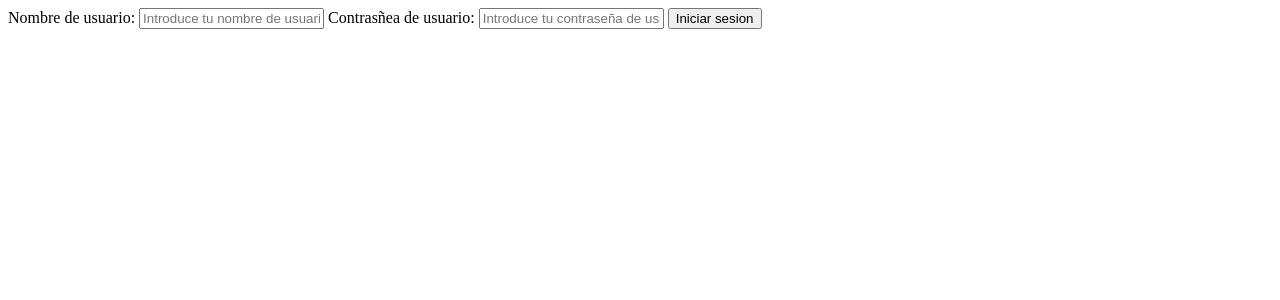
Repository: angegon/Developing-Applications-for-the-Java-EE-Platform
Page: javaee/08_ejemplo_fordward_login/WebContent/login.html
The author's editor kept a copy of each file at every save. The page is drawn from the files as they stood at one save, then again after the next save.
The browser window is 1280 px wide. The pictures show the whole page.

Above is the page before, as saved 2016-12-21 15:51:25.

### javaee/08_ejemplo_fordward_login/WebContent/login.html
<!DOCTYPE html>
<html>
<head>
<meta charset="ISO-8859-1">
<title>Insert title here</title>
</head>
<body>

<form action="comprobarPassword" method="post">
	Nombre de usuario: <input type="text" name="usuario" placeholder="Introduce tu nombre de usuario"/>
	Contrasñea de usuario: <input type="text" name="password" placeholder="Introduce tu contraseña de usuario"/>
	<input type="submit" value="Iniciar sesion"/>

</form>
</body>
</html>

After the next save:
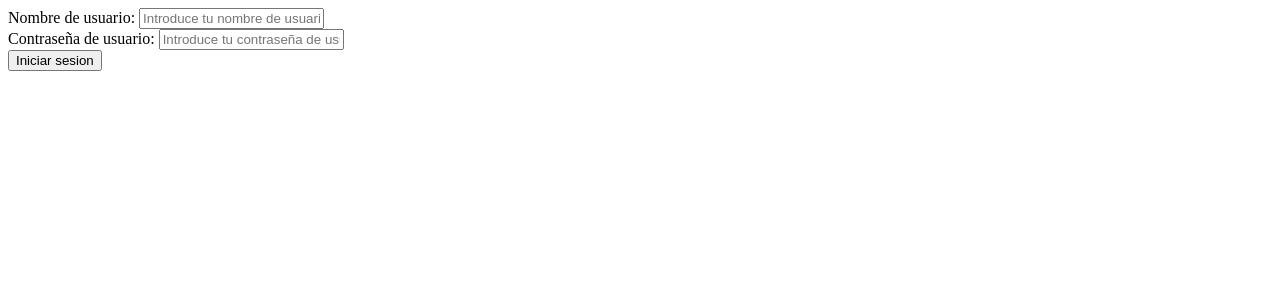
Saved 17 s later.
--- a/javaee/08_ejemplo_fordward_login/WebContent/login.html
+++ b/javaee/08_ejemplo_fordward_login/WebContent/login.html
@@ -8,7 +8,9 @@
 
 <form action="comprobarPassword" method="post">
 	Nombre de usuario: <input type="text" name="usuario" placeholder="Introduce tu nombre de usuario"/>
-	Contrasñea de usuario: <input type="text" name="password" placeholder="Introduce tu contraseña de usuario"/>
+	</br>
+	Contraseña de usuario: <input type="text" name="password" placeholder="Introduce tu contraseña de usuario"/>
+	</br>
 	<input type="submit" value="Iniciar sesion"/>
 
 </form>
